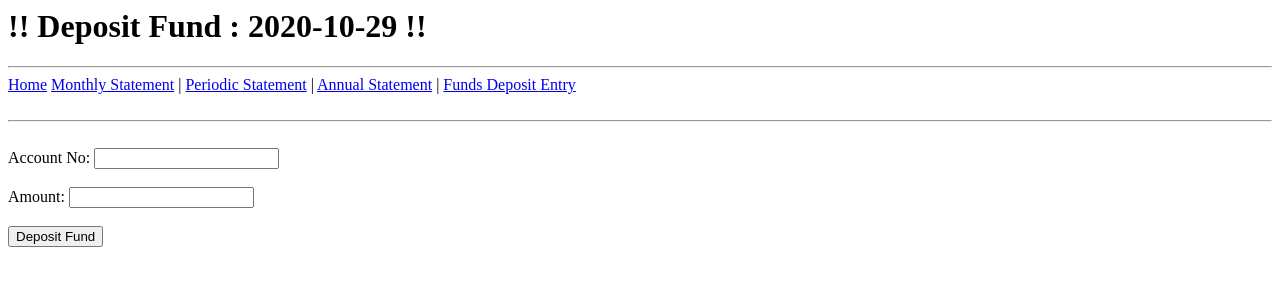
Repository: anik84/ibs
Page: http://localhost/IBS/ibs_representative_funds_deposit_form.jsp
An editor plug-in stored every save of this project. The page is shown before and after the next save, followed by the edit.
The browser window is 1280 px wide. The pictures show the whole page.
The page is served by Tomcat 9.

Above is the page before, as saved 2020-11-02 04:19:33.

After the next save:
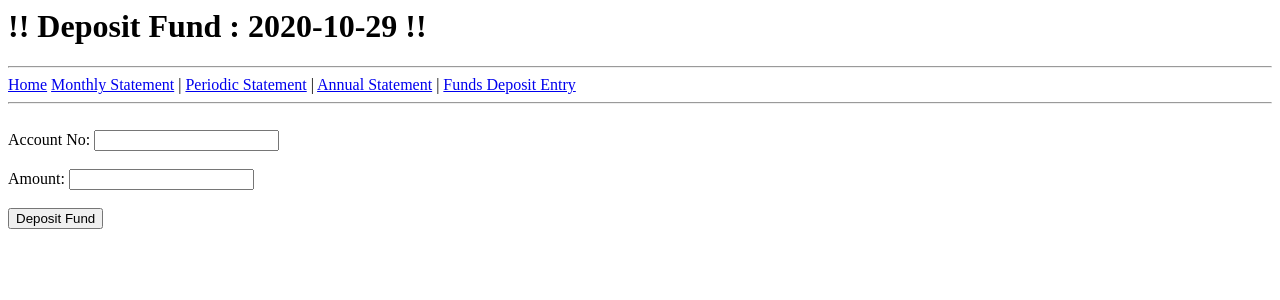
Saved 17 s later.
--- a/IBS_JSPs/IBS/WebContent/ibs_representative_home_menu.jsp
+++ b/IBS_JSPs/IBS/WebContent/ibs_representative_home_menu.jsp
@@ -8,7 +8,7 @@
 		href="ibs_representative_annual_statement_form.jsp">Annual
 		Statement</a> <span> | </span> <a
 		href="ibs_representative_funds_deposit_form.jsp">Funds Deposit
-		Entry</a><br /> <br />
+		Entry</a>
 	<hr />
 
 </nav>
